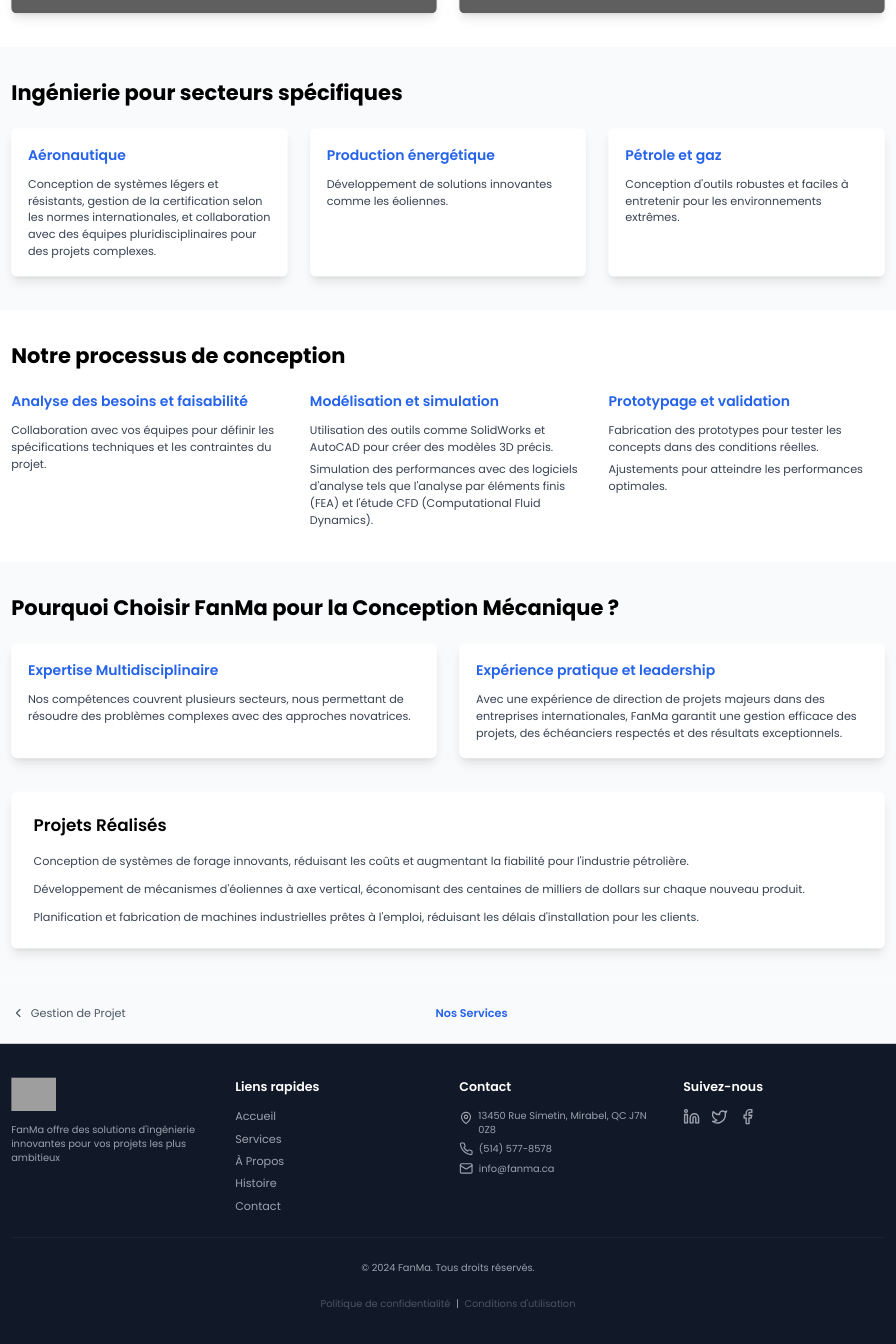
Repository: yannick930424/fanma-website
Page: /services/mechanical
An editor plug-in stored every save of this project. The page is shown before and after the next save, followed by the edit.
The browser window is 1280 px wide. The pictures show the part of the page from y = 1273 to 3193 px (the page is 3193 px tall before and 3177 px after), at 70% of full size.
Pictures or frames that could not be fetched are drawn as grey boxes. The page's requests for data from a server got no answer. The project was rebuilt for these pictures with package versions that can differ from the ones it lists, and the page was loaded fresh each time. No one was signed in, and anything a server would have sent is missing. Also part of the build but not shown: vite.config.ts, src/pages/services/CFD1Analysis.tsx, src/pages/services/CFD2Analysis.tsx, src/pages/legal/Legal.tsx, src/pages/legal/PrivacyPolicy.tsx, src/pages/legal/TermsOfUse.tsx.

Above is the page before, as saved 2025-01-25 11:33:03.

After the next save:
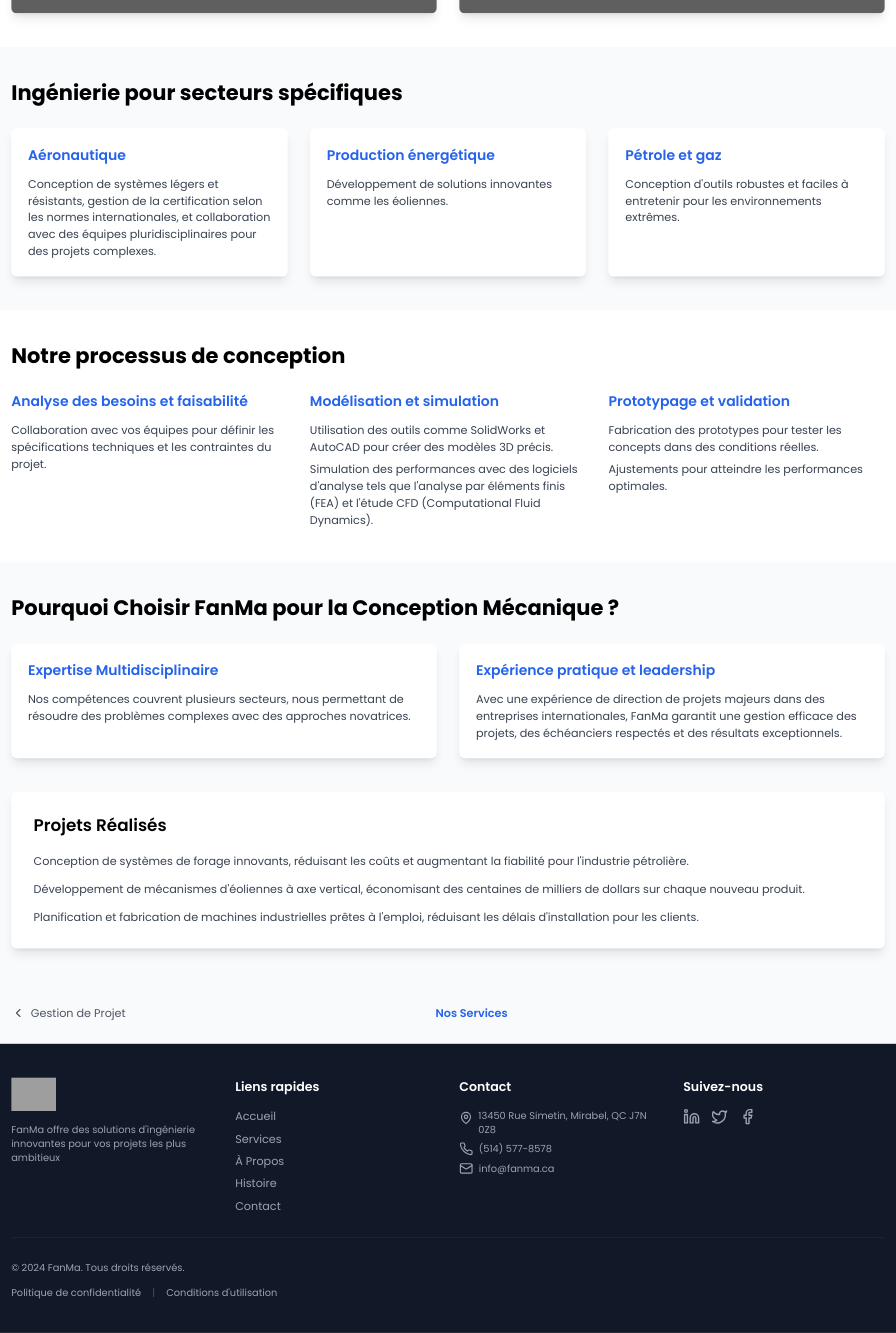
Saved 7 min 55 s later.
--- a/src/components/Footer/Footer.tsx
+++ b/src/components/Footer/Footer.tsx
@@ -35,16 +35,22 @@
           </div>
         </div>
 
-        <div className="border-t border-gray-800 mt-8 pt-8 text-center text-sm text-gray-400">
+        <div className="border-t border-gray-800 mt-8 pt-8 text-sm text-gray-400">
           <p>{t.footer.copyright}</p>
-          <div className="mt-8 text-center text-sm">
-          <Link to="/legal/privacy" className="text-gray-600 hover:text-gray-900">
-            {t.footer.privacyPolicy}
-          </Link>
-            <span className="mx-2">|</span>
-            <Link to="/legal/terms" className="text-gray-600 hover:text-gray-900">
-            {t.footer.termsOfUse}
-          </Link>
+          <div className="mt-4 space-x-4">
+            <Link
+              to="/legal/privacy"
+              className="text-gray-400 hover:text-white transition-colors"
+            >
+              {t.footer.privacyPolicy}
+            </Link>
+            <span className="text-gray-600">|</span>
+            <Link
+              to="/legal/terms"
+              className="text-gray-400 hover:text-white transition-colors"
+            >
+              {t.footer.termsOfUse}
+            </Link>
           </div>
         </div>
       </div>

After the save that followed:
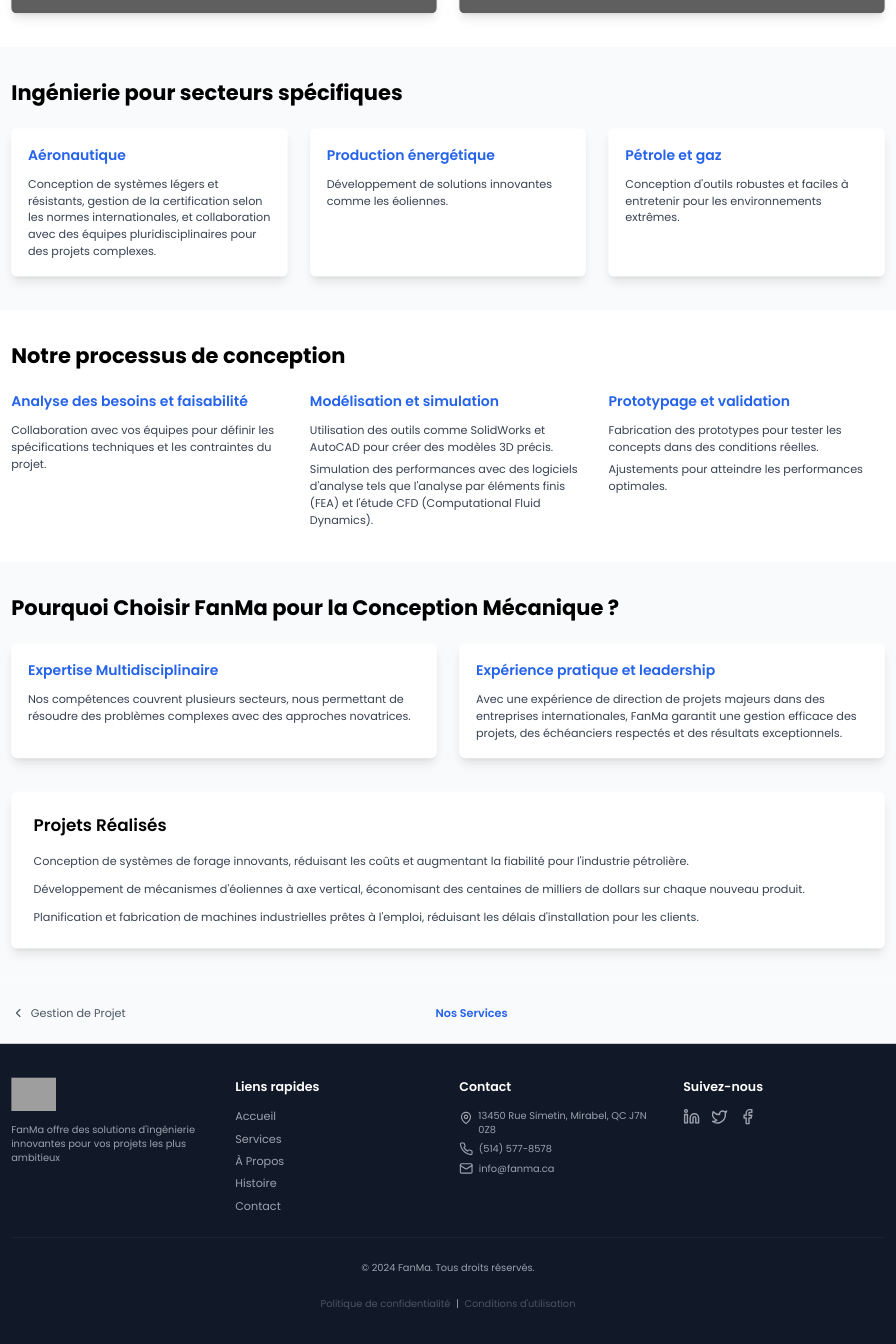
Saved 102 s later.
--- a/src/components/Footer/Footer.tsx
+++ b/src/components/Footer/Footer.tsx
@@ -35,22 +35,16 @@
           </div>
         </div>
 
-        <div className="border-t border-gray-800 mt-8 pt-8 text-sm text-gray-400">
+        <div className="border-t border-gray-800 mt-8 pt-8 text-center text-sm text-gray-400">
           <p>{t.footer.copyright}</p>
-          <div className="mt-4 space-x-4">
-            <Link
-              to="/legal/privacy"
-              className="text-gray-400 hover:text-white transition-colors"
-            >
-              {t.footer.privacyPolicy}
-            </Link>
-            <span className="text-gray-600">|</span>
-            <Link
-              to="/legal/terms"
-              className="text-gray-400 hover:text-white transition-colors"
-            >
-              {t.footer.termsOfUse}
-            </Link>
+          <div className="mt-8 text-center text-sm">
+          <Link to="/legal/privacy" className="text-gray-600 hover:text-gray-900">
+            {t.footer.privacyPolicy}
+          </Link>
+            <span className="mx-2">|</span>
+            <Link to="/legal/terms" className="text-gray-600 hover:text-gray-900">
+            {t.footer.termsOfUse}
+          </Link>
           </div>
         </div>
       </div>
